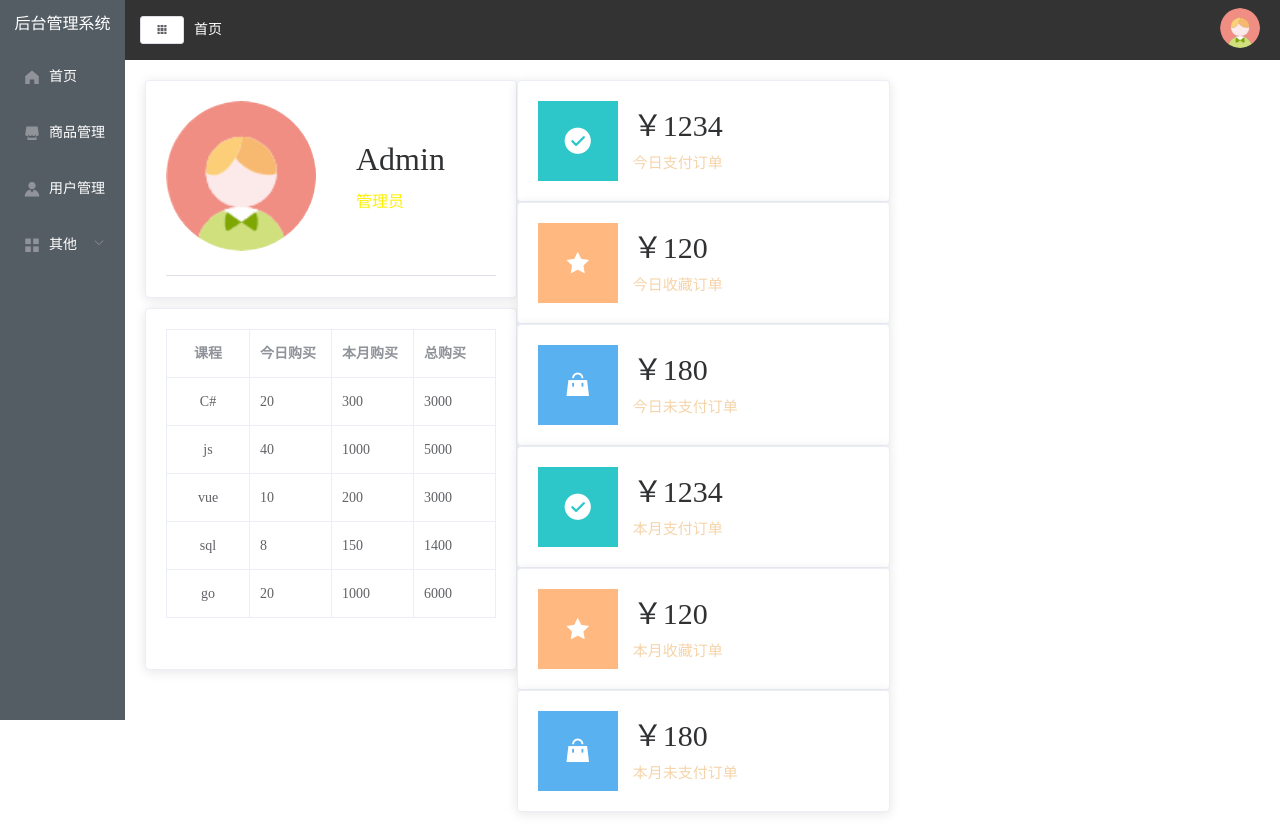
Repository: tkqi/manage
Page: /
These files come from the project's save history. The page is drawn as it stood at one moment and after the next save; the edit follows.
The browser window is 1280 px wide. The pictures show the whole page.
The project was rebuilt for these pictures with package versions that can differ from the ones it lists, and the page was loaded fresh each time. Also part of the build but not shown: vue.config.js.

Above is the page before, as saved 2023-12-06 11:41:48.

### src/main.js
import Vue from 'vue'
import App from './App.vue'
import router from './router'
import store from './store'
import ElementUI from 'element-ui';
import 'element-ui/lib/theme-chalk/index.css';

Vue.config.productionTip = false
Vue.use(ElementUI);

new Vue({
  router,
  store,
  render: h => h(App)
}).$mount('#app')

### src/App.vue
<template>
  <div id="app">
    <!-- 路由出口 -->
    <router-view />
  </div>
</template>

<script>
export default {
  name: 'App'
}
</script>

<style lang="less">
html,
body,
h3,
p {
  margin: 0;
  padding: 0;
}
</style>

### src/router/index.js
/* eslint-disable no-unused-vars */
import Vue from 'vue'
import VueRouter from 'vue-router'
import routes from './routes'
Vue.use(VueRouter)


const router = new VueRouter({
  routes: routes
})

router.afterEach((to, from)=>{
  document.title = to.meta.title;
})

// 暴露router实例
export default router

### src/store/index.js
import Vue from 'vue'
import Vuex from 'vuex'
import tab from './tab.js'

Vue.use(Vuex)

const store = new Vuex.Store({
  state: {

  },
  getters: {
  },
  mutations: {
  },
  actions: {
  },
  modules: {
    tab
  }
})

export default store;

### src/router/routes.js
export default [
    // 主路由
    {
        path: '/',
        component: () => import('../views/Main.vue'),
        redirect: '/home',// 重定向
        // 子路由
        children: [
            {
                // 首页
                path: '/home',
                // 路由组件懒加载
                component: () => import('../views/Home.vue'),
                meta: { title: '首页' }
            },
            {
                // 用户管理
                path: '/user',
                component: () => import('../views/User.vue'),
                meta: { title: '用户管理' }
            },
            {
                // 商品管理
                path: '/mall',
                component: () => import('../views/Mall.vue'),
                meta: { title: '商品管理' }
            },
            {
                // 其他/页面1
                path: '/page1',
                component: () => import('../views/Page1.vue'),
                meta: { title: '页面1' }
            },
            {
                // 其他/页面2
                path: '/page2',
                component: () => import('../views/Page2.vue'),
                meta: { title: '页面2' }
            },
        ]
    },
    {
        path: '/home',
        // 路由组件懒加载
        component: () => import('../views/Home.vue')
    },
    {
        path: '/user',
        component: () => import('../views/User.vue')
    }
]

### src/store/tab.js
// 菜单相关数据
export default {
    state: {
        isCollapse: false
    },
    getters: {
        getisCollapse: (state) => state.isCollapse
    },
    mutations: {
        EDITIsCollapse(state){
            state.isCollapse = !state.isCollapse;
        }
    }
}

### src/views/Main.vue
<!-- eslint-disable vue/multi-word-component-names -->
<template>
    <div>
        <el-container>
            <el-aside width="auto">
                <sidebar />
            </el-aside>
            <el-container>
                <el-header>
                    <topbar />
                </el-header>
                <el-main>
                    <transition>
                        <keep-alive>
                            <router-view />
                        </keep-alive>
                    </transition>
                </el-main>
            </el-container>
        </el-container>
    </div>
</template>

<script>
import sidebar from '../components/sidebar.vue'
import topbar from '../components/topbar.vue';
export default {
    components: {
        sidebar,
        topbar
    }
}
</script>

<style lang="less" scoped>
.el-header {
    padding: 0;
    margin: 0;
}
</style>

### src/views/Home.vue
<!-- eslint-disable vue/multi-word-component-names -->
<template>
    <el-row>
        <el-col :span="8">
            <div>
                <el-card class="box-card">
                    <div class="user">
                        <img class="img" src="../assets/img/user-default.png" alt="">
                        <div class="user-info">
                            <P class="name">Admin</P>
                            <p class="access">管理员</p>
                        </div>
                    </div>
                    <el-divider></el-divider>
                    <div class="login-info">
                        <p>上次登录时间: <span>2023-12-03</span></p>
                        <p>上次登录地点: <span>绍兴</span></p>
                    </div>
                </el-card>
                <el-card class="table">
                    <el-table :data="tableData" border style="width: 100%">
                        <el-table-column prop="course" label="课程" :min-width="30" width="auto" align="center">
                        </el-table-column>
                        <el-table-column prop="buytoday" label="今日购买" :min-width="30" width="auto">
                        </el-table-column>
                        <el-table-column prop="buythemonth" label="本月购买" :min-width="30" width="auto">
                        </el-table-column>
                        <el-table-column prop="buyall" label="总购买" :min-width="30" width="auto">
                        </el-table-column>
                    </el-table>
                </el-card>
            </div>
        </el-col>
        <el-col :span="16">
            <div class="buy">
                <el-card v-for="(item, index) in countData" :key="index" :body-style="{ display: 'flex' }">
                    <i class="icon" :class="`el-icon-${item.icon}`" :style="{ background: item.color }"></i>
                    <div class="buy-content">
                        <p class="value">{{ '￥' + item.value }}</p>
                        <p class="label">{{ item.label }}</p>
                    </div>
                </el-card>
            </div>
        </el-col>
    </el-row>
</template>

<script>
export default {
    data() {
        return {
            tableData: [
                {
                    course: 'C#',
                    buytoday: 20,
                    buythemonth: 300,
                    buyall: 3000
                },
                {
                    course: 'js',
                    buytoday: 40,
                    buythemonth: 1000,
                    buyall: 5000
                },
                {
                    course: 'vue',
                    buytoday: 10,
                    buythemonth: 200,
                    buyall: 3000
                },
                {
                    course: 'sql',
                    buytoday: 8,
                    buythemonth: 150,
                    buyall: 1400
                },
                {
                    course: 'go',
                    buytoday: 20,
                    buythemonth: 1000,
                    buyall: 6000
                }
            ],
            countData: [
                {
                    label: '今日支付订单',
                    value: 1234,
                    color: '#2ec7c9',
                    icon: 'success'
                },
                {
                    label: '今日收藏订单',
                    value: 120,
                    color: '#ffb980',
                    icon: 'star-on'
                },
                {
                    label: '今日未支付订单',
                    value: 180,
                    color: '#5ab1ef',
                    icon: 's-goods'
                },
                {
                    label: '本月支付订单',
                    value: 1234,
                    color: '#2ec7c9',
                    icon: 'success'
                },
                {
                    label: '本月收藏订单',
                    value: 120,
                    color: '#ffb980',
                    icon: 'star-on'
                },
                {
                    label: '本月未支付订单',
                    value: 180,
                    color: '#5ab1ef',
                    icon: 's-goods'
                }
            ]
        }
    }
}
</script>
<style lang="less" scoped>
.box-card {
    height: 30vh;

    .user {
        display: flex;
        align-items: center;
        padding-right: 0px;

        .user-info {
            .name {
                font-size: 32px;
                margin-bottom: 10px;
            }

            .access {
                color: #fff000;
            }
        }

        img {
            height: 150px;
            width: 150px;
            border-radius: 50%;
            margin-right: 40px;
        }
    }
}

.login-info {
    line-height: 25px;

    p {
        font-size: 12px;

        span {
            font-size: 12px;
            margin-left: 50px;
        }
    }
}

.table {
    margin-top: 10px;
    height: 50vh;

    el-table {
        height: 100%;
    }
}

.buy {
    display: flex;
    flex-wrap: wrap;
    justify-content: space-between;

    .icon {
        width: 80px;
        height: 80px;
        font-size: 30px;
        color: #fff;
        text-align: center;
        line-height: 80px;
    }

    .buy-content {
        display: flex;
        flex-direction: column;
        justify-content: center;
        margin-left: 15px;

        .value {
            font-size: 30px;
            line-height: 30px;
            margin-bottom: 10px;
            height: 30px;
        }

        .label {
            font-size: 15px;
            text-align: center;
            color: rgb(245, 212, 170);
        }
    }

    .el-card {
        width: 50%;
    }
}</style>

### src/components/sidebar.vue
<!-- eslint-disable vue/multi-word-component-names -->
<template>
    <el-menu class="menu" @open="handleOpen" @close="handleClose" :collapse="isCollapse" background-color="#545c64"
        text-color="#fff" active-text-color="#ffd04b">
        <h3>{{ !isCollapse?'后台管理系统':'后台' }}</h3>
        <el-menu-item v-for="item in noChildren" :key="item.name" :index="item.name" @click="clickMenu(item)">
            <i :class="`el-icon-${item.icon}`"></i>
            <span slot="title">{{ item.label }}</span>
        </el-menu-item>
        <el-submenu v-for="item in hasChildren" :key="item.label" :index="item.label">
            <template slot="title">
                <i :class="`el-icon-${item.icon}`"></i>
                <span slot="title">{{ item.label }}</span>
            </template>
            <el-menu-item-group v-for="subitem in item.children" :key="subitem.name">
                <el-menu-item :index="subitem.name" @click="clickSubmenu(subitem)">
                    <!-- <template slot="title"> -->
                    <i :class="`el-icon-${subitem.icon}`"></i>
                    <span slot="title">{{ subitem.name }}</span>
                    <!-- </template> -->
                </el-menu-item>
            </el-menu-item-group>
        </el-submenu>
    </el-menu>
</template>

<script>
export default {
    computed: {
        // 无子菜单
        noChildren() {
            return this.menuData.filter(o => !o.children);
        },
        // 有子菜单
        hasChildren() {
            return this.menuData.filter(o => o.children);
        },
        isCollapse() {
           return this.$store.state.tab.isCollapse;
        }
    },
    data() {
        return {
            // 使用store实时改变属性需要定义到computed
            // isCollapse: this.$store.getters('getisCollapse'),
            menuData: [
                {
                    path: '/',
                    name: 'home',
                    label: "首页",
                    icon: 's-home',
                    url: 'Home/Home'
                },
                {
                    path: '/mall',
                    name: 'mall',
                    label: "商品管理",
                    icon: 's-shop',
                    url: 'MallManage/MallManage'
                },
                {
                    path: '/user',
                    name: 'user',
                    label: "用户管理",
                    icon: 's-custom',
                    url: 'UserManage/UserManage'
                },
                {
                    label: '其他',
                    icon: 'menu',
                    children: [
                        {
                            path: '/page1',
                            name: 'page1',
                            label: "页面1",
                            icon: 's-claim',
                            url: 'Other/PageOne'
                        },
                        {
                            path: '/page2',
                            name: 'page2',
                            label: "页面2",
                            icon: 's-claim',
                            url: 'Other/PageTwo'
                        },
                    ]
                }
            ]
        };
    },
    methods: {
        handleOpen(key, keyPath) {
            console.log(key, keyPath);
        },
        handleClose(key, keyPath) {
            console.log(key, keyPath);
        },
        clickMenu(item) {
            console.log(this.$router.currentRoute.path);
            // 判断当前路由于点击链接的路由不一致才跳转
            if (item.path != this.$route.path && !(this.$route.path == '/home' && item.path == '/'))
                this.$router.push(item.path);
        },
        clickSubmenu(subitem) {
            // 判断当前路由于点击链接的路由不一致才跳转
            if (subitem.path != this.$route.path)
                this.$router.push(subitem.path);
        }
    }
}
</script>

<style lang="less" scoped>
.el-menu-vertical-demo:not(.el-menu--collapse) {
    width: 200px;
    min-height: 400px;
}

.menu {
    height: 100vh;
    border-right:0;
    h3 {
        color: rgb(255, 255, 255);
        text-align: center;
        line-height: 48px;
        font-size: 16px;
        font-weight: 400;
    }
}
</style>

### src/components/topbar.vue
<!-- eslint-disable vue/multi-word-component-names -->
<template>
    <div class="head-container">
        <div class="l-content">
            <el-button icon="el-icon-s-grid" size="mini" @click="changeCollapse()"/>
            <!-- 面包屑 -->
            <span class="text">首页</span>
        </div>
        <div class="r-content">
            <el-dropdown>
                <span class="el-dropdown-link">
                    <img class="img" src="../assets/img/user-default.png" alt="">
                </span>
                <el-dropdown-menu slot="dropdown">
                    <el-dropdown-item>个人中心</el-dropdown-item>
                    <el-dropdown-item>退出</el-dropdown-item>
                </el-dropdown-menu>
            </el-dropdown>
        </div>
    </div>
</template>

<script>
export default {
    data(){
        return{

        }
    },
    methods:{
        changeCollapse(){
            console.log(1);
            this.$store.commit('EDITIsCollapse');
        }
    }
}
</script>

<style lang="less" scoped>
.head-container {
    background-color: #333;
    height: 60px;
    display: flex;
    justify-content: space-between;
    align-items: center;
    padding-left: 15px;
    padding-right: 20px;
}

// .l-content {
//     padding-left: 15px;
// }

// .r-content {}

.text {
    color: white;
    font-size: 14px;
    padding-left: 10px;
}

.img{
    height: 40px;
    width: 40px;
    border-radius: 50%;
}
</style>

Loaded but not shown: public/index.html (common file)

After the next save:
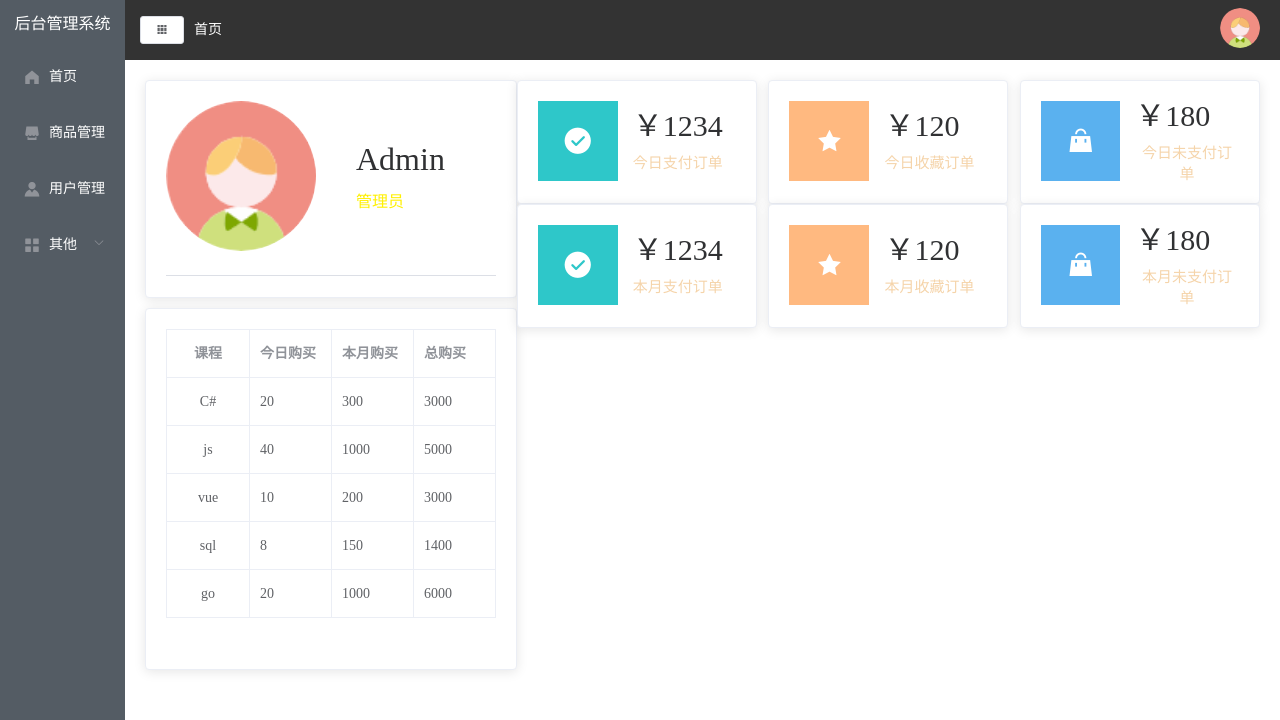
Saved 5 s later.
--- a/src/views/Home.vue
+++ b/src/views/Home.vue
@@ -209,6 +209,6 @@ export default {
     }
 
     .el-card {
-        width: 50%;
+        width: 32%;
     }
 }</style>
